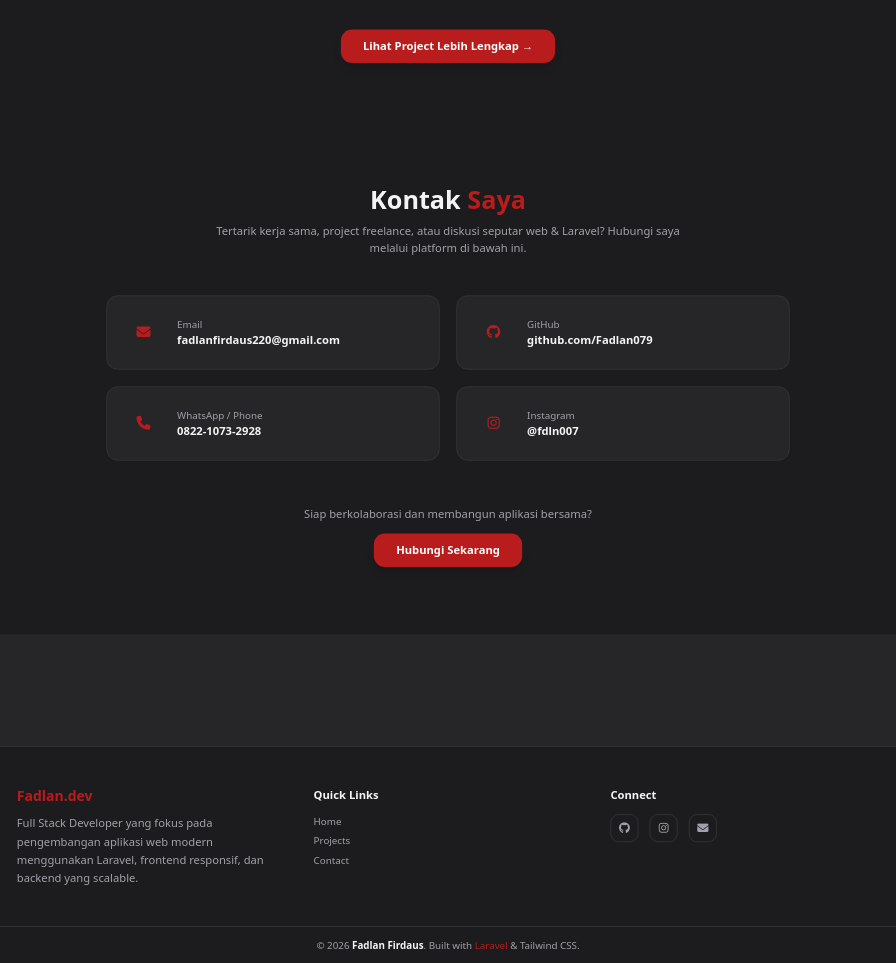
Repository: Fadlan079/Personal-Portfolio
Page: http://localhost/
The author's editor kept a copy of each file at every save. The page is drawn from the files as they stood at one save, then again after the next save.
The browser window is 1280 px wide. The pictures show the part of the page from y = 2900 to 4820 px (the page is 4276 px tall before and 4820 px after), at 70% of full size.
Some web libraries are served in a nearby version. The page is served by the project's Laravel application, run on PHP 8.4 with Laravel 12.

Above is the page before, as saved 2026-01-15 09:19:59.

After the next save:
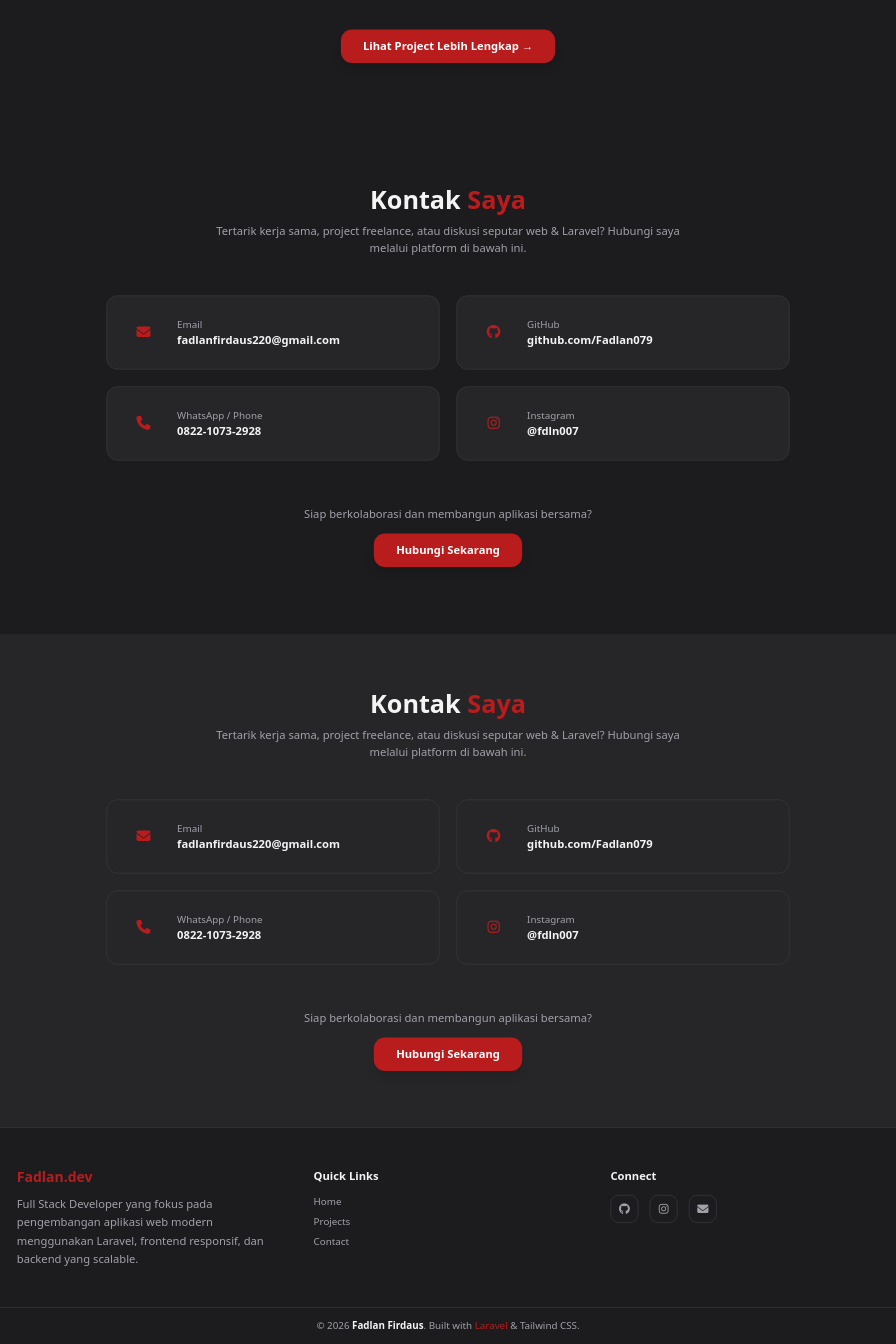
Saved 7 s later.
--- a/resources/views/portofolio.blade.php
+++ b/resources/views/portofolio.blade.php
@@ -87,7 +87,7 @@
     <section id="education" class="py-24 bg-bg">@include('sections.education')</section>
     <section id="projects" class="py-20 bg-bg">@include('sections.project')</section>
     <section id="contact" class="py-24 bg-bg">@include('sections.contact')</section>
-    <section id="skills" class="py-20 bg-surface"></section>
+    <section id="skills" class="py-20 bg-surface">@include('sections.contact')</section>
   </main>
 
   <footer class="relative border-t border-border bg-bg">@include('components.footer')</footer>
